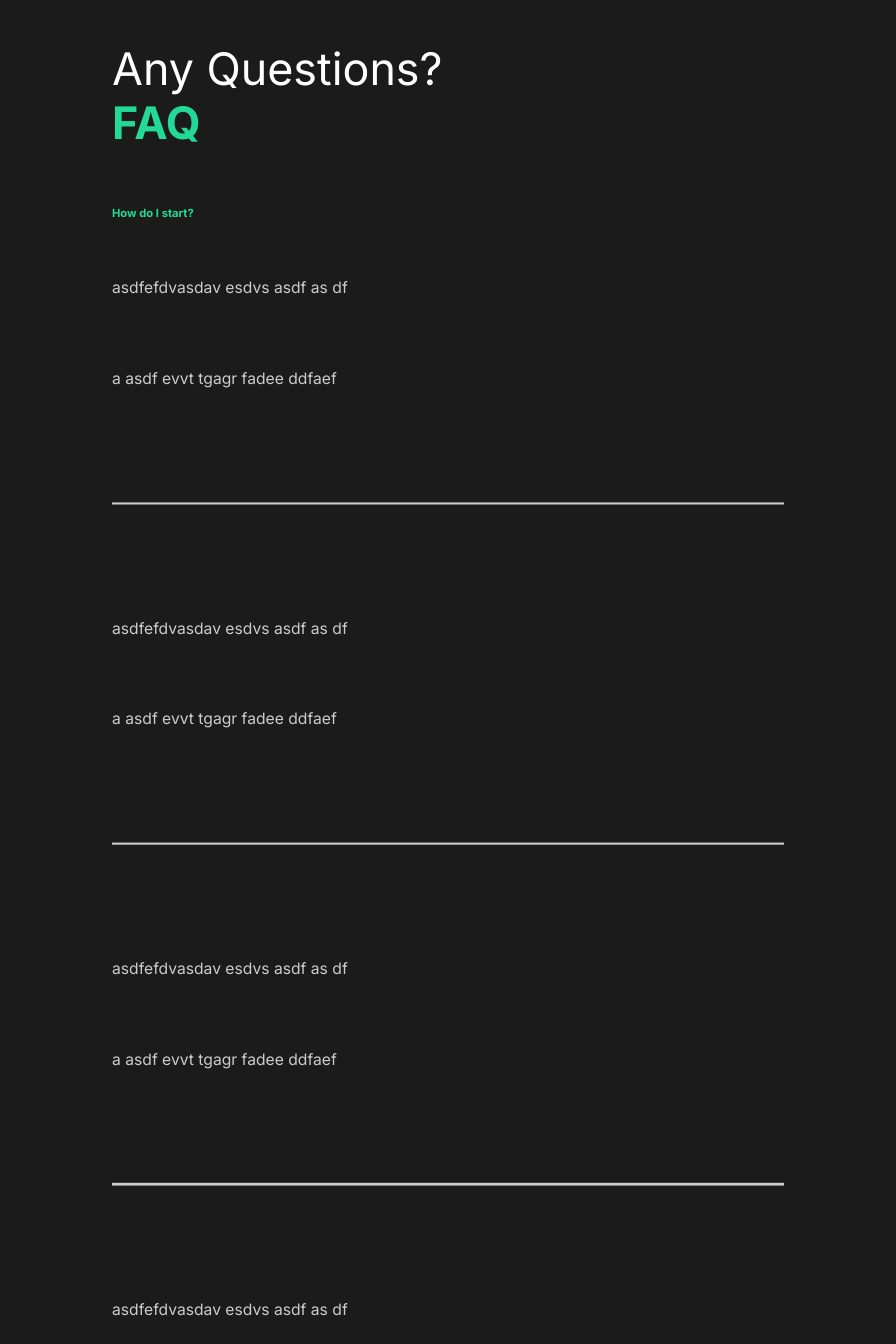
Repository: programmingwithlevi/capture
Page: /
These files come from the project's save history. The page is drawn as it stood at one moment and after the next save; the edit follows.
The browser window is 1280 px wide. The pictures show the part of the page from y = 1884 to 3804 px (the page is 4176 px tall before and 4256 px after), at 70% of full size.
The project was rebuilt for these pictures with package versions that can differ from the ones it lists, and the page was loaded fresh each time. Also part of the build but not shown: src/pages/ContactUs.js, src/pages/OurWork.js, src/movieState.js, src/pages/movieDetail.js.

Above is the page before, as saved 2021-12-11 12:21:52.

### public/index.html
<!DOCTYPE html>
<html lang="en">
  <head>
    <meta charset="utf-8" />
    <link rel="icon" href="%PUBLIC_URL%/favicon.ico" />
    <meta name="viewport" content="width=device-width, initial-scale=1" />
    <meta name="theme-color" content="#000000" />
    <meta
      name="description"
      content="Web site created using create-react-app"
    />
    <link rel="preconnect" href="https://fonts.googleapis.com">
<link rel="preconnect" href="https://fonts.gstatic.com" crossorigin>
<link href="https://fonts.googleapis.com/css2?family=Inter:wght@400;700&family=Lato:wght@400;700&display=swap" rel="stylesheet">
<link rel="preconnect" href="https://fonts.googleapis.com">
<link rel="preconnect" href="https://fonts.gstatic.com" crossorigin>
<link href="https://fonts.googleapis.com/css2?family=Inter:wght@400;700&family=Lato:wght@400;700&family=Lobster&display=swap" rel="stylesheet">
    <link rel="apple-touch-icon" href="%PUBLIC_URL%/logo192.png" />
    <!--
      manifest.json provides metadata used when your web app is installed on a
      user's mobile device or desktop. See https://developers.google.com/web/fundamentals/web-app-manifest/
    -->
    <link rel="manifest" href="%PUBLIC_URL%/manifest.json" />
    <!--
      Notice the use of %PUBLIC_URL% in the tags above.
      It will be replaced with the URL of the `public` folder during the build.
      Only files inside the `public` folder can be referenced from the HTML.

      Unlike "/favicon.ico" or "favicon.ico", "%PUBLIC_URL%/favicon.ico" will
      work correctly both with client-side routing and a non-root public URL.
      Learn how to configure a non-root public URL by running `npm run build`.
    -->
    <title>Capture</title>
  </head>
  <body>
    <noscript>You need to enable JavaScript to run this app.</noscript>
    <div id="root"></div>
    <!--
      This HTML file is a template.
      If you open it directly in the browser, you will see an empty page.

      You can add webfonts, meta tags, or analytics to this file.
      The build step will place the bundled scripts into the <body> tag.

      To begin the development, run `npm start` or `yarn start`.
      To create a production bundle, use `npm run build` or `yarn build`.
    -->
  </body>
</html>

### src/index.js
import React from 'react';
import ReactDOM from 'react-dom';

import App from './App';
import reportWebVitals from './reportWebVitals';
import {BrowserRouter} from 'react-router-dom';

ReactDOM.render(
  <React.StrictMode>
    <BrowserRouter>
    <App />
    </BrowserRouter>
  </React.StrictMode>,
  document.getElementById('root')
);

// If you want to start measuring performance in your app, pass a function
// to log results (for example: reportWebVitals(console.log))
// or send to an analytics endpoint. Learn more: https://bit.ly/CRA-vitals
reportWebVitals();

### src/App.js
import React from "react";
//import pages
import AboutUs from '../src/pages/AboutUs';
import GlobalStyle from "./components/GlobalStyle";
import ContactUs from "./pages/ContactUs";
import OurWork from "./pages/OurWork";
import Nav from "./components/Nav";
import MovieDetail from "./pages/MovieDetail";

//router
import {Route,Switch,useLocation} from "react-router-dom";
//animaitom
import {AnimatePresence} from "framer-motion";

function App() {
  const location = useLocation();
  return  (
    <div className="App">

        <GlobalStyle />

        <Nav />
        <AnimatePresence exitBeforeEnter>
        <Switch location={location} key={location.pathname}>
          <Route path="/"  exact>
            <AboutUs />
          </Route>
          <Route path="/work" exact>
            <OurWork />
          </Route>
          <Route path="/work/:id">
            <MovieDetail />
          </Route>
          <Route path="/contact">
            <ContactUs />
          </Route>


        </Switch>
        </AnimatePresence>
    </div>
  );
}

export default App;

### src/pages/AboutUs.js
import React from 'react';
//Page Components
import AboutSection from '../components/AboutSection';
import ServicesSection from '../components/ServicesSection';
import FaqSection from '../components/FaqSection';
//animaiton
import {motion} from "framer-motion";
import {pageAnimation} from '../animations';

const AboutUs = () => {
    return (
   <motion.div
        exit="exit"
        variants={pageAnimation}
        initial="hidden"
        animate="show"
    >
        <AboutSection />
        <ServicesSection />
        <FaqSection />
    </motion.div>
    );

}

export default AboutUs;

### src/components/GlobalStyle.js
import {createGlobalStyle} from 'styled-components';

const GlobalStyle = createGlobalStyle`
*{
   margin: 0;
   padding: 0;
   box-sizing: border-box
}
body{
    background: #1b1b1b;
    font-family: 'Inter', sans-serif;
}
button{
    font-weight: bold;
    font-size: 1.1.rem;
    padding: 1rem 2rem;
    border: 3px solid #23d997;
    background: transparent;
    color: white;
    transition: all 0.5s ease;
    font-family: 'Inter', sans-serif;
    &:hover{
        background-color:  #23d997;
        color: white;
    }

}
h2{
       font-weight: lighter;
       font-size: 4rem;
    }
    h3{
        color: white;
    }
    h4{
        font-weight: bold;
        color: #23d997;
    }
    a{
        font-size: 1.1.rem;
    }
    span{
        font-weight: bold;
        color: #23d997;
    }
    p{
        padding: 3rem 0rem;
        color: #ccc;
        font-size: 1.4rem;
        line-height: 150%;
    }
`;
export default GlobalStyle;

### src/components/Nav.js
import React from 'react';
import styled from 'styled-components';
import {Link} from 'react-router-dom';

const Nav = () => {
    return(
        <StyledNav>
            <h1><Link id="logo" to="/">Capture</Link></h1>
            <ul>
                <li>
                    <Link to="/">1. About Us</Link>
                </li>
                <li>
                    <Link to="/work">2. Our Work</Link>
                </li>
                <li>
                    <Link to="/contact">3. Contact Us</Link>
                </li>
            </ul>
        </StyledNav>
    )
}

const StyledNav = styled.nav`
    min-height: 10vh;
    display: flex;
    margin: auto;
    justify-content: space-between;
    align-items: center;
    padding: 1rem 10rem;
    background: #282828;
    a{
        color: white;
        text-decoration: none;
    }
    ul{
        display: flex;
        list-style: none;
    }
    #logo{
        font-size: 1.8rem;
        font-family: 'Lobster', cursive;
        font-weight: lighter;
    }
    li{
        padding-left: 10rem;
        position: relative;
    }
`;

export default Nav;

### src/components/AboutSection.js
import React from 'react';
import home1 from '../img/home1.png';
import {About,Description,Image,Hide } from '../styles';
//Framer Motion
import {motion} from "framer-motion";
import {titleAnim,fade,photoAnim} from '../animations';
import Wave from './Wave';

const AboutSection = () => {

    return (
        <About>
            <Description>
                <motion.div variants={titleAnim}>
                    <div className="hide">
                        <motion.h2>We work to make</motion.h2>
                    </div>
                    <Hide>
                        <motion.h2>your <span>dreams</span> </motion.h2>
                    </Hide>
                    <Hide>
                        <motion.h2 variants={titleAnim}>come true.</motion.h2>
                    </Hide>
                </motion.div>
                <motion.p variants={fade}>Contact us for any photography or videography ideas that you have. </motion.p>
                <motion.button>Contact Us</motion.button>
            </Description>
            <Image>
                <motion.img variants={photoAnim} src={home1} alt="camera guy"/>

            </Image>
            <Wave />
        </About>
    )
}
//styled components


export default AboutSection;

### src/components/ServicesSection.js
import React from 'react';
//Import Icons
import clock from '../img/clock.svg';
import diaphram from '../img/diaphram.svg';
import money from '../img/money.svg';
import teamwork from '../img/teamwork.svg';
import home2 from '../img/home2.png';
//styles
import {About,Description,Image} from "../styles";
import styled from "styled-components";

const ServicesSection = () => {
    return(
        <About>
            <div className="description">
                <h2>High <span>quality</span> services</h2>
                <Cards>
                    <Card>
                        <div className="icon">
                            <img alt="icon" src={clock} />
                            <h3>Efficient</h3>
                        </div>
                        <p>lorem5 </p>
                    </Card>
                    <Card>
                        <div className="icon">
                            <img alt="icon" src={teamwork} />
                            <h3>Teamwork</h3>
                        </div>
                        <p>lorem5 </p>
                    </Card>
                    <Card>
                        <div className="icon">
                            <img alt="icon" src={diaphram} />
                            <h3>Diaphram</h3>
                        </div>
                        <p>lorem5 </p>
                    </Card>
                    <Card>
                        <div className="icon">
                            <img alt="icon" src={money} />
                            <h3>Affordable</h3>
                        </div>
                        <p>lorem5 </p>
                    </Card>
                </Cards>
            </div>
        <div className="image">
            <img alt="camera" src={home2} />

        </div>
        </About>
    )
}

const Services = styled(About)`
h2{
    padding-bottom: 5rem;
}
p{
    width: 70%;
    padding: 2rem 0rem 4rem 0rem;
}
`;
const Cards = styled.div`
display: flex;
flex-wrap: wrap;
`;
const Card = styled.div`
    flex-basis: 15rem;
    .icon {
        display: flex;
        align-items: center;
        h3 {
            margin-left: 1rem;
            background: white;
            color: black;
            padding: 1rem;
        }
    }
`;

export default ServicesSection;

### src/components/FaqSection.js
import React from 'react';
import styled from 'styled-components';
import {About} from '../styles';
import Toggle from './Toggle';

const FaqSection = () => {
    return(
        <Faq>
            <h2>Any Questions? <span>FAQ</span></h2>
            <Toggle title="How Do I Start?">
            <div className="question">
                <h4>How do I start?</h4>
                <div className="answer">
                   <p>asdfefdvasdav esdvs asdf as df</p>
                    <p>a asdf evvt tgagr fadee ddfaef</p>
                </div>
            </div>
            </Toggle>
            <Toggle title="Daily Schedule">
            <div className="question">
                <div className="answer">
                   <p>asdfefdvasdav esdvs asdf as df</p>
                    <p>a asdf evvt tgagr fadee ddfaef</p>
                </div>
            </div>
            </Toggle>
            <Toggle title="Different Payment Methods">
            <div className="question">
                <div className="answer">
                   <p>asdfefdvasdav esdvs asdf as df</p>
                    <p>a asdf evvt tgagr fadee ddfaef</p>
                </div>
            </div>
            </Toggle>
            <Toggle title="What Products Do You Offer?">
            <div className="question">
                <div className="answer">
                   <p>asdfefdvasdav esdvs asdf as df</p>
                    <p>a asdf evvt tgagr fadee ddfaef</p>
                </div>
            </div>
            </Toggle>
        </Faq>
    )
}

const Faq = styled(About)`
    display: block;
    span{
        display: block;
    }
    h2{
        padding-bottom: 2rem;
        font-weight: lighter;
    }
    .faq-line{
        background: #cccccc;
        height: 0.2rem;
        margin: 2rem 0rem;
        width: 100%;
    }
    .question{
        padding: 3rem 0rem;
        cursor: pointer;
    }
    .answer{
        padding: 2rem 0rem;
        p{
            padding: 1rem 0 rem;
        }
    }
`;

export default FaqSection;

### src/animations.js
import { withTheme } from "styled-components";

export const pageAnimation ={
    hidden: {
        opacity: 0,
        y: 300,

    },
    show: {
        opacity: 1,
        y: 0,
        transition: {
            duration: 0.5,
            when: "beforeChildren",
            staggerChildren: 0.25,
        },
    },
    exit: {
        opacity: 0,
        //y: 300,
        transition: {
            duration: 0.5,
        },
    }
}
export const titleAnim = {
    hidden: {y: 200},
    show: {
        y:0,
        transition: {duration: 0.75, ease: "easeOut"},
    }
}
export const fade = {
    hidden: {opacity: 0},
    show: {
        opacity: 1,
        transition: {ease: "easeOut", duration: 0.75},
    }
}
export const photoAnim = {
    hidden: {scale: 1.5, opacity: 0},
    show: {
        scale: 1,
        opacity: 1,
        transition: 'easeOut',
        duration: 0.75,
    }
}
export const lineAnim = {
    hidden: {width: '0%'},
    show: {
        width: '100%',
        transition: {duration: 0.75},
    }
}

export const slider = {
    hidden: {x: '-130%', skew: '45deg'},
    show: {
        x: '100%',
        skew: '0deg',
        transition: {ease: "easeOut", duration: 1 },
    }
}

export const sliderContainer = {
    hidden: {opacity: 1},
    show: {opacity: 1, transition: { staggerChildren: 0.1, ease: 'easeOut'}},
}

### src/styles.js
import styled from "styled-components";

export const About = styled.div`
    min-height: 90vh;
    display: flex;
    align-items: center;
    justify-content: space-between;
    padding: 5rem 10rem;
    color: white;
   //position: center;
    top: 10%;

`;
export const Description = styled.div`
    flex: 1;
    padding-right: 5rem;
    z-index: 2;
    h2{
        font-weight: lighter;
    }
`

export const Image = styled.div`
    flex: 1;
    z-index: 2;
    overflow: hidden;
    img{
        width: 100%;
        height: 80vh;
        object-fit: cover;
    }

`
export const Hide = styled.div`
    overflow: hidden;
    `

### src/components/Wave.js
import React from "react";
import styled from "styled-components";
import {motion} from "framer-motion";

const Wave = () => {
    return(
    <WaveSvg viewBox="0 0 1440 363" fill="none" xmlns="http://www.w3.org/2000/svg">
<motion.path initial={{ pathLength: 0, pathOffset: 1 }}
animate={{ pathLength: 1, pathOffset: 0 }}
transition={{ duration: 1 }}
d="M1440 27.4774C1352.73 19.8184 1122.41 49.0556 899.331 227.276C620.48 450.052 354.282 355.647 170.328 185.318C23.165 49.0556 -4.21721 8.32998 0.487081 5" stroke="#D96ED4" strokeOpacity="0.5" strokeWidth="15"/>
</WaveSvg>);


};

const WaveSvg = styled.svg`
    position: absolute;
    left: 0;
    z-index: 1;
`;
export default Wave;

### src/components/Toggle.js
import { motion } from 'framer-motion';
import React,{useState,title} from 'react';

const Toggle = ({children}) => {
    const [toggle,setToggle] = useState(true);
    return(
        <div onClick={() => setToggle(!toggle)}>
            <motion.h4>{title}</motion.h4>
            {toggle?children:""}
            <div className="faq-line"></div>
        </div>
    )
}
export default Toggle;

Loaded but not shown: src/reportWebVitals.js (common file)

After the next save:
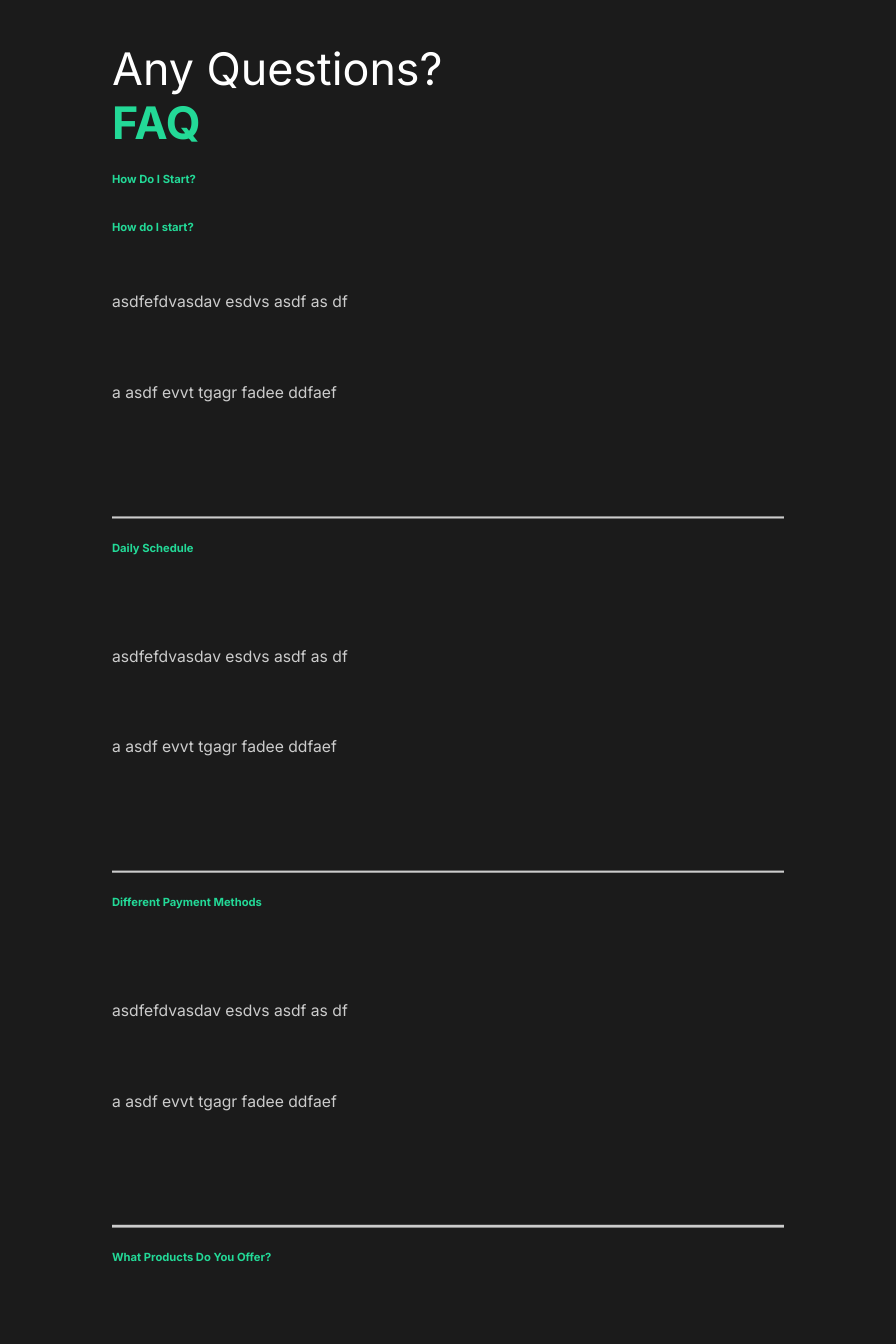
Saved 45 s later.
--- a/src/components/Toggle.js
+++ b/src/components/Toggle.js
@@ -1,7 +1,7 @@
 import { motion } from 'framer-motion';
-import React,{useState,title} from 'react';
+import React,{useState} from 'react';
 
-const Toggle = ({children}) => {
+const Toggle = ({children,title}) => {
     const [toggle,setToggle] = useState(true);
     return(
         <div onClick={() => setToggle(!toggle)}>
